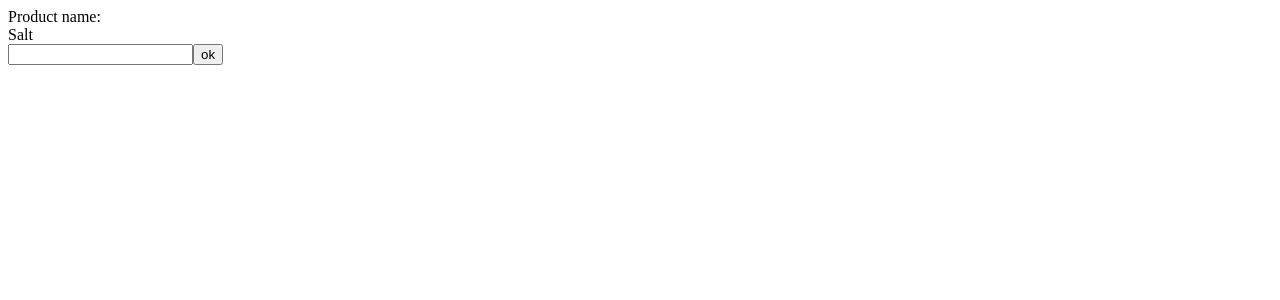
Repository: OlexandraKovach2/Vue
Page: / (app in vuexam/brila-exam/)
An editor plug-in stored every save of this project. The page is shown before and after the next save, followed by the edit.
The browser window is 1280 px wide. The pictures show the whole page.
The project was rebuilt for these pictures with package versions that can differ from the ones it lists, and the page was loaded fresh each time. Also part of the build but not shown: vuexam/brila-exam/vue.config.js.

Above is the page before, as saved 2022-11-08 21:37:18.

### vuexam/brila-exam/src/main.js
import { createApp } from 'vue'
import App from './App.vue'
import store from '@/store'

createApp(App).use(store).mount('#app')

### vuexam/brila-exam/src/App.vue
<template>
  <div>
    <ObjectTable :listData="list"/>
    <input type="test" v-model="ok"/>
    <button @click="changeName(ok)">ok</button>
  </div>
</template>

<script>
  import { mapGetters, mapActions } from 'vuex';
  import ObjectTable from "./components/ObjectTable";
  export default {
    name: "App",
    components: {
      ObjectTable,
    },
    computed: {
      ...mapGetters(['list']),
    },
    methods: {
      ...mapActions(['changeName']),

    }

  }
</script>

<style lang="scss" scoped>

</style>

### vuexam/brila-exam/src/store/index.js
import {createStore} from 'vuex'

const store = createStore({
    state: {
        list: [
            {
                id: 1,
                name: "Salt",
                spaceVariable: "Gram",
                count: "300",
                cost: 30
            }
        ]
    },
    getters: {
        list: state => {
            return state.list;
        }
    },
});

export default store;

### vuexam/brila-exam/src/components/ObjectTable/index.vue
<template>
    <div>
        <ObjectBase v-for="item in listData"
        :key="item.id"
        :id="item.id"
        :name="item.name"
        :spaceVariable="item.spaceVariable"
        :count="item.count"
        :cost="item.cost"
        />
    </div>
</template>

<script>
    import ObjectBase from "./ObjectBase.vue"
    export default {
        name: "ObjectTable",
        components: {
            ObjectBase,
        },
        props: {
            listData: {
                type: Array,
                default: () => []
            },
        },
    }
</script>

<style lang="scss" scoped>

</style>

### vuexam/brila-exam/src/components/ObjectTable/ObjectBase.vue
<template>
    <div>
        <div class="info-row">
            <div>Product name:</div>
            <div>{{name}}</div>
        </div>
    </div>
</template>

<script>
    import { mapGetters } from 'vuex'
    export default {
        name: "ObjectBase",
        computed: {
        ...mapGetters(['list']),
        },
        props: {
            id: {
                type: Number,
                default: 0
            },
            name: {
                type: String,
                default: "None name"
            },
            spaceVariable: {
                type: String,
                default: "kilo"
            },
            count: {
                type: Number,
                default: 1
            },
            cost: {
                type: Number,
                default: 10
            }
        },
    }
</script>

<style lang="scss" scoped>

</style>

Loaded but not shown: vuexam/brila-exam/public/index.html (common file)

After the next save:
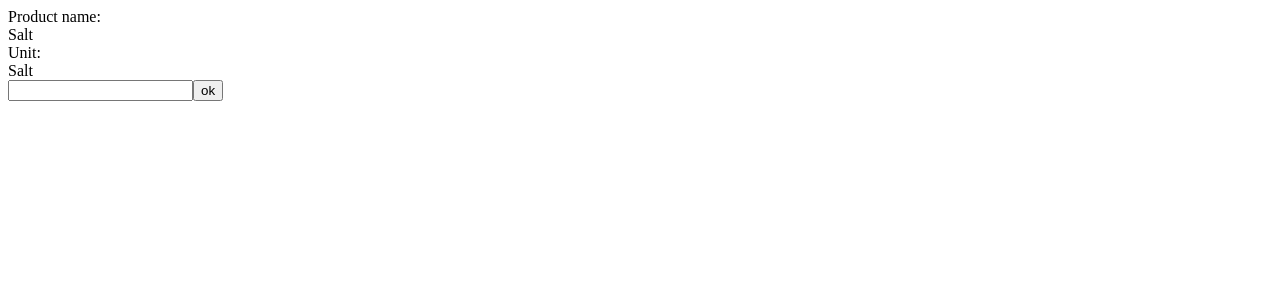
Saved 32 s later.
--- a/vuexam/brila-exam/src/components/ObjectTable/ObjectBase.vue
+++ b/vuexam/brila-exam/src/components/ObjectTable/ObjectBase.vue
@@ -2,6 +2,10 @@
     <div>
         <div class="info-row">
             <div>Product name:</div>
+            <div>{{name}}</div>
+        </div>
+        <div class="info-row">
+            <div>Unit:</div>
             <div>{{name}}</div>
         </div>
     </div>
